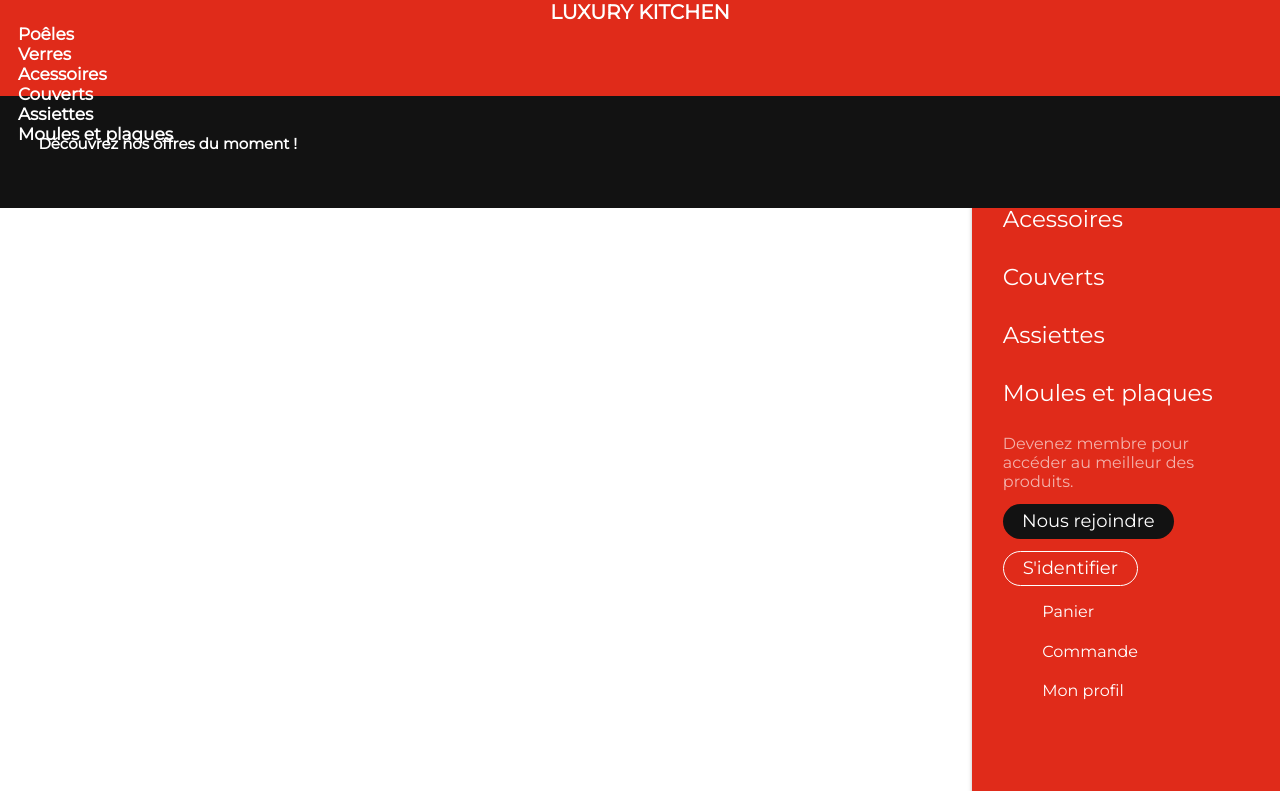
Repository: Juannpl/Luxury-Kicthen
Page: index.html
These files come from the project's save history. The page is drawn as it stood at one moment and after the next save; the edit follows.
The browser window is 1280 px wide. The pictures show the whole page.
Some icons come from a web library that is not loaded, so they are not drawn.

Above is the page before, as saved 2023-02-06 12:28:49.

### index.html
<!DOCTYPE html>
<html lang="fr">
<head>
    <meta charset="UTF-8">
    <meta http-equiv="X-UA-Compatible" content="IE=edge">
    <meta name="viewport" content="width=device-width, initial-scale=1.0">

    <script src="https://unpkg.com/boxicons@2.1.4/dist/boxicons.js"></script>

    <link rel="stylesheet" href="css/style.css">
    <title>Acceuil - LK</title>
</head>
<body>
    <header class="header">
        <nav class="nav_container row">
            <div class="logo">
                <p>LUXURY KITCHEN</p>
            </div>
            <div class="barre_categorie">
                <ul class="row">
                    <li><a href="#">Poêles</a></li>
                    <li><a href="#">Verres</a></li>
                    <li><a href="#">Acessoires</a></li>
                    <li><a href="#">Couverts</a></li>
                    <li><a href="#">Assiettes</a></li>
                    <li><a href="#">Moules et plaques</a></li>
                </ul>
            </div>
            <div class="nav_list">
                <ul class="row">
                    <li class="items_list">
                        <box-icon name='shopping-bag' color='#ffffff' size='1.7rem'></box-icon>
                    </li>
                    <li class="items_list">
                        <box-icon name='user-circle' type='solid' color='#ffffff' size='1.7rem'></box-icon>
                    </li>
                    <a id="openBtn">
                        <li class="items_list">
                            <box-icon name='menu' color='#ffffff' size=2.2rem></box-icon>
                        </li>
                    </a>
                </ul>
            </div>
        </nav>
        <div id="transparent"></div>
        <section id="barre_categorie_mobile">
            <div id="closeBtn">
                <box-icon name='x' color='#ffffff' size='3rem'></box-icon>
            </div>
            <div class="nav_contents row">
                <div>
                    <ul class="roo">
                        <li><a href="#">Poêles</a></li>
                        <li><a href="#">Verres</a></li>
                        <li><a href="#">Acessoires</a></li>
                        <li><a href="#">Couverts</a></li>
                        <li><a href="#">Assiettes</a></li>
                        <li><a href="#">Moules et plaques</a></li>
                    </ul>
                </div>
                <div>
                    <p class="opacityy">
                        Devenez membre pour accéder au meilleur des produits.
                    </p>
                </div>
                <div>
                    <button type="button" class="btn-black">Nous rejoindre</button>
                </div>
                <div>
                    <button type="button" class="btn-clear">S'identifier</button>
                </div>
                <div class="items">
                    <div class="roww">
                        <box-icon name='shopping-bag' color='#ffffff' size='1.7rem'></box-icon>
                        <p>Panier</p>
                    </div>
                    <div class="roww">
                        <box-icon type='solid' name='package' color='#ffffff' size='1.7rem'></box-icon>
                        <p>Commande</p>
                    </div>
                    <div class="roww">
                        <box-icon name='user-circle' type='solid' color='#ffffff' size='1.7rem'></box-icon>
                        <p>Mon profil</p>
                    </div>
                </div>
                <div class="reseaux roo">
                    <div class="sociaux">
                        <box-icon name='facebook-circle' type='logo' color='#ffffff' ></box-icon>
                    </div>
                    <div class="sociaux">
                        <box-icon name='twitter' type='logo' color='#ffffff' ></box-icon>
                    </div>
                    <div class="sociaux">
                        <box-icon name='instagram-alt' type='logo' color='#ffffff' ></box-icon>
                    </div>
                </div>
            </div>
        </section>
        <!-- FIN DDE LA BARRE DE NAVIGATION MOBILE-->
    </header>
    <main id="juan">
        <section class="body_container">
            <div class="firstpart">
                <div class="name_of_card">
                    <h1>Découvrez nos offres du moment !</h1>
                </div>
                <div class="swipe">
                </div>
                <div></div>
                <div></div>
            </div>
        </section>
    </main>
    <footer>

    </footer>
    <script src="script.js"></script>
</body>
</html>

### css/style.css
/*

    GENERAL

*/

@import url('https://fonts.googleapis.com/css2?family=Montserrat&family=Roboto&display=swap');

:root{
    --rougelinear: rgba(224, 43, 26, 1);
    --rougetext: #E02B1A;
    --blanc: #fff;
    --noirclair: #1E1E1E;
    --noir: #121212;
    --gris: #595959;
}

*/*,
*::after,
*::before*/{
    margin: 0;
    padding: 0;
    box-sizing: inherit;
    list-style: none;
    text-decoration: none;
    font-family: 'Montserrat', 'sans-serif';
}

html{
    width: 100%;
    overflow-x: hidden;
}

.controle img{
    width: 100%;
}

/*

    HEADER

*/

.header{
    background-color: var(--rougelinear);
    height: 6rem;
    display: grid;
    align-items: center;
    position: relative;
}

.logo{
    color: var(--blanc);
    font-size: 0.9em;
    font-weight: 600;
    text-align: center;
    padding-left: 5%;
}

.barre_categorie{
    display: none;
}

#closeBtn{
    position: absolute;
    top: 5%;
    right: 10%;
    cursor: pointer;
}

#barre_categorie_mobile{
    color: var(--blanc);
    width: 308px;
    position: absolute;
    z-index: -1;
    top: 0;
    right: 0;
    background-color: var(--rougelinear);
    transition: left 0.5s ease;
    display: flex;
    align-items: center;
    flex-direction: column;
    box-shadow: 0px 4px 4px 0px rgba(0, 0, 0, 0.25);
}

/* Active class */
#barre_categorie_mobile.active{
    z-index: 3;
}

#transparent.active{
    z-index: 2;
}

#transparent{
    position: fixed;
    top: 0;
    right: 0;
    width: 100%;
    height: 100vh;
    z-index: -3;
    background: rgba(255, 255, 255, 0.28);
    backdrop-filter: blur(3.8px);
    -webkit-backdrop-filter: blur(3.8px);
}

.reseaux{
    justify-content: center;
}

.sociaux{
    padding: 2% ;
}

#barre_categorie_mobile ul{
    flex-direction: column;
}

#barre_categorie_mobile ul a{
    color: var(--blanc);
    font-weight: 550;
    font-size: 23px;
}

#barre_categorie_mobile ul li{
    margin: 15px 0px;
}

.nav_container{
    justify-content: space-between;
    /* text-align: center; */
    align-items: center;
}

.roo{
    display: flex;
}

.items_list{
    padding: 0 0.5rem;
    height: auto;
    display: grid;
    align-items: center;
    cursor: pointer;
}

.nav_list{
    padding-right: 3%;
}

.nav_contents{
    width: 80%;
    flex-direction: column;
    margin-top: 20%;
}

.nav_contents div{
    margin: 5% 0;
}

.btn-black{
    width: 171px;
    height: 35px;
    background-color: var(--noir);
    color: var(--blanc);
    border: 0px;
    border-radius: 20px;
    font-family: Montserrat;
    font-size: 18px;
}

.btn-clear{
    border: 1.7px solid var(--blanc);
    color: var(--blanc);
    background-color: transparent;
    width: 133px;
    height: 33px;
    border-radius: 20px;
    font-family: Montserrat;
    font-size: 18px;
}

.roww{
    display: flex;
    align-items: center;
    margin: 5% 0;
}

.opacityy{
    opacity: 63%;
}

.items p{
    margin-left: 5%;
}

/*

    MAIN

*/

.btn-red{
    height: 23px;
    width: 135px;
    border-radius: 3px;
    border: none;
    background-color: var(--rougelinear);
    color: var(--blanc);

}

.swipe {
    display: flex;
}

#juan{
    background-color: var(--noir);
    padding: 3% 3%;
}

.controle{
    height: 190px;
    width: 100%;

}

.description h2{
    font-family: Montserrat;
    font-size: 15px;
    font-weight: 600;
    color: var(--blanc);
}

.name_of_card {
    color: var(--blanc);
    font-family: Montserrat;
    font-size: 10px;
    font-weight: 700;
    text-align: left;
    padding-bottom: 1rem;

}

.card{
    text-align: center;
    background-color: var(--gris);
}

/* desktop = 1224px, tablette = 768px */

@media only screen and (min-width: 768px){
    .logo{
        font-size: 20px;
    }
}

@media only screen and (min-width: 1224px){
    .barre_categorie_mobile{
        display: none;
    }

    .barre_categorie{
        display: revert;
        width: 70%;
    }

    .barre_categorie li{
        padding: 0% 2%;
    }

    .barre_categorie a{
        color: var(--blanc);
        font-weight: 600;
        font-size: 17px;
    }

    .nav_list {
        padding-right: 0;
    }

    .logo {
        padding-left: 0;
    }

    .roo {
        justify-content: center;
    }

    #openBtn{
        display: none;
    }
}


/* ---------- Footer ---------- */

footer{
    width: 100%;
    align-items: center;
    font-family: 'Montserrat', sans-serif;
}

.container-footer{
    height: 400px;
    display: flex;
    flex-direction: column;
    padding-top: 20px;
    background-color: #121212;
    color: white;
    font-size: 1.2rem;
}

.contact-infos{
    display: none;
}

.contact-infos p{
    font-size: 16px;
    color: rgb(255, 255, 255, .5);
}

.container-footer h3{
    text-align: center;
    margin: 25px 0 25px 0;
    font-size: 18px;
}

.download{
    text-align: center;
}

.picto{
    width: 30%;
}

.logos-paiement{
    width: 60%;
    height: 50px;
    display: flex;
    justify-content:space-between;
    align-items: center;
    margin: auto;
}

#visa{
    width: 70px;
    height: 95px;
}

#mastercard{
    width: 70px;
    height: 30px;
}

#paypal{
    width: 35px;
    height: 35px;
}

.social-media{
    text-align: center;
    margin-top: 5px;
}


/* ---------- Page d'inscription ---------- */

.create-account-container{
    width: 100%;
    height: 90%;
    background-color:var(--noirclair);
    text-align: center;
    color: var(--blanc);
    display: grid;
    gap: 5px;
    padding-top: 8%;
    font-family: 'Montserrat', sans-serif;
}

.create-account-container h1{
    font-size: 18px;
}

.create-account-container h3{
    font-size: 12px;
}

#identification-span{
    color: var(--rougetext);
}

.create-account-form{
    padding: 2%;
}

.create-account-form input{
    width: 80%;
    height: 60px;
    margin: 3%;
    padding-left: 3%;
    border-radius: 3px;
    background-color: var(--noirclair);
    border: var(--gris) 1px solid;
    font-size: 15px;
}

.conditions{
    display: flex;
}

.conditions p{
    padding-top: 3%;
    font-size: 13px;
    text-align: left;
}

#conditions{
    width: 16px;
    height: 16px;
}

.create-account-form button{
    width: 120px;
    height: 35px;
    margin: 4% 0 4% 0;
    background-color: var(--rougetext);
    color: var(--blanc);
    border-radius: 5px;
    font-family: 'Montserrat', sans-serif;
    font-size: 15px;
    font-weight: 600;
    border: none;
}


/* ---------- Page d'identification ---------- */

.container-identification{
    background-color: var(--noirclair);
    color: var(--blanc);
    text-align: center;
    font-family: 'Montserrat', sans-serif;
    display: grid;
    gap: 20px;
    padding: 120px 0 70px;
}

.container-identification h1{
    font-size: 18px;
}

.container-identification input{
    width: 300px;
    height: 60px;
    background-color: var(--noirclair);
    border: var(--gris) 1px solid;
    border-radius: 3px;
    padding-left: 2%;
}

.container-identification h3{
    font-size: 12px;
    padding: 10px;
}

.social-identification button{
    width: 266px;
    height: 35px;
    border-radius: 20px;
    color: var(--blanc);
    font-size: 11px;
    font-weight: 600;
    display: flex;
    align-items: center;
    justify-content: center;
}

#fb-button{
    background-color: #039be5;
    border: none;
}

#apple-button{
    background-color: var(--noir);
    border: none;
}

#google-button{
    background-color: var(--noirclair);
    border: var(--blanc) 1px solid;
}

.social-identification img{
    width: 24px;
    height: 24px;
}

.social-identification{
    text-align: center;
    display: grid;
    justify-content: center;
    gap: 20px;
}

.form-identification input{
    margin-bottom: 7%;
}

.form-identification button{
    width: 140px;
    height: 40px;
    background-color: var(--rougetext);
    color: var(--blanc);
    font-size: 15px;
    font-weight: 600;
    border-radius: 5px;
    border: none;
    margin-bottom: 7%;
}



/* -------------------- Tablet -------------------- */


@media only screen and (min-device-width : 768px){

    /* ---------- Footer ---------- */

    .container-footer{
        height: 430px;
    }

    .container-footer-tablet{
        display: flex;
        justify-content: space-around;
    }

    .contact-infos{
        width: 40%;
        display: flex;
        flex-direction: column;
        text-align:left;
    }

    .download{
        width: 40%;
    }

    .picto{
        width: 45%
    }

    .logos-paiement{
        width: 40%;
    }

    /* ---------- Page d'inscription ---------- */

    .create-account-container h1{
        font-size: 24px;
    }

    .create-account-container h3{
        font-size: 17px;
        padding-top: 1.5%;
    }

    .create-account-form input{
        width: 450px;
        height: 70px;
        font-size: 18px;
        padding-left: 2%;
        margin: 2% 0 .5% 0;
    }

    .conditions{
        width: 63%;
        margin-left: 20%;
    }



    /* ---------- Page d'identification ---------- */

    .container-identification{
        padding: 70px 0 10px 0;
    }

    .container-identification h1{
        font-size: 24px;
    }

    .social-identification button{
        width: 492px;
        height: 63px;
        border-radius: 5px;
        font-size: 15px;
    }

    .container-identification h3{
        font-size: 18px;
    }

    .form-identification input{
        width: 520px;
        height: 75px;
        font-size: 20px;
        margin-bottom: 3%;
    }

    .form-identification button{
        width: 246px;
        height: 60px;
        margin-top: 1%;
        font-size: 24px;
        font-weight: 500;
    }
}





/* -------------------- Desktop -------------------- */


@media only screen and (min-device-width : 1224px){

/* ---------- Footer ---------- */

    .logos-paiement{
        width: 20%;
    }

    .paiement h3{
        padding-top: 1%
    }


    /* ---------- Page d'inscription ---------- */

    .create-account-container h1{
        font-size: 24px;
    }

    .create-account-container h3{
        font-size: 18px;
        padding-top: 1.5%;
    }

    .create-account-form input{
        width: 40%;
        height: 80px;
        font-size: 20px;
        padding-left: 2%;
        margin: 2% 0 .5% 0;
    }

    .conditions{
        width: 43%;
        margin-left: 29%;
    }

    .conditions p{
        padding-top: 3%;
        font-size: 16px;
        text-align: center;
    }

    .create-account-form button{
        width: 220px;
        height: 50px;
        font-size: 20px;
    }

    #conditions{
        width: 25px;
        height: 30px;
    }




    /* ---------- Page d'identification ---------- */


}

### script.js
var navMobile = document.getElementById("barre_categorie_mobile");
var transparent = document.getElementById("transparent");
var openBtn = document.getElementById("openBtn");
var closeBtn = document.getElementById("closeBtn");

openBtn.onclick = openNav;
closeBtn.onclick = closeNav;

/* Set the width of the side navigation to 250px */
function openNav() {
  navMobile.classList.add("active");
  transparent.classList.add("active");
}

/* Set the width of the side navigation to 0 */
function closeNav() {
  navMobile.classList.remove("active");
  transparent.classList.remove("active");
}

After the next save:
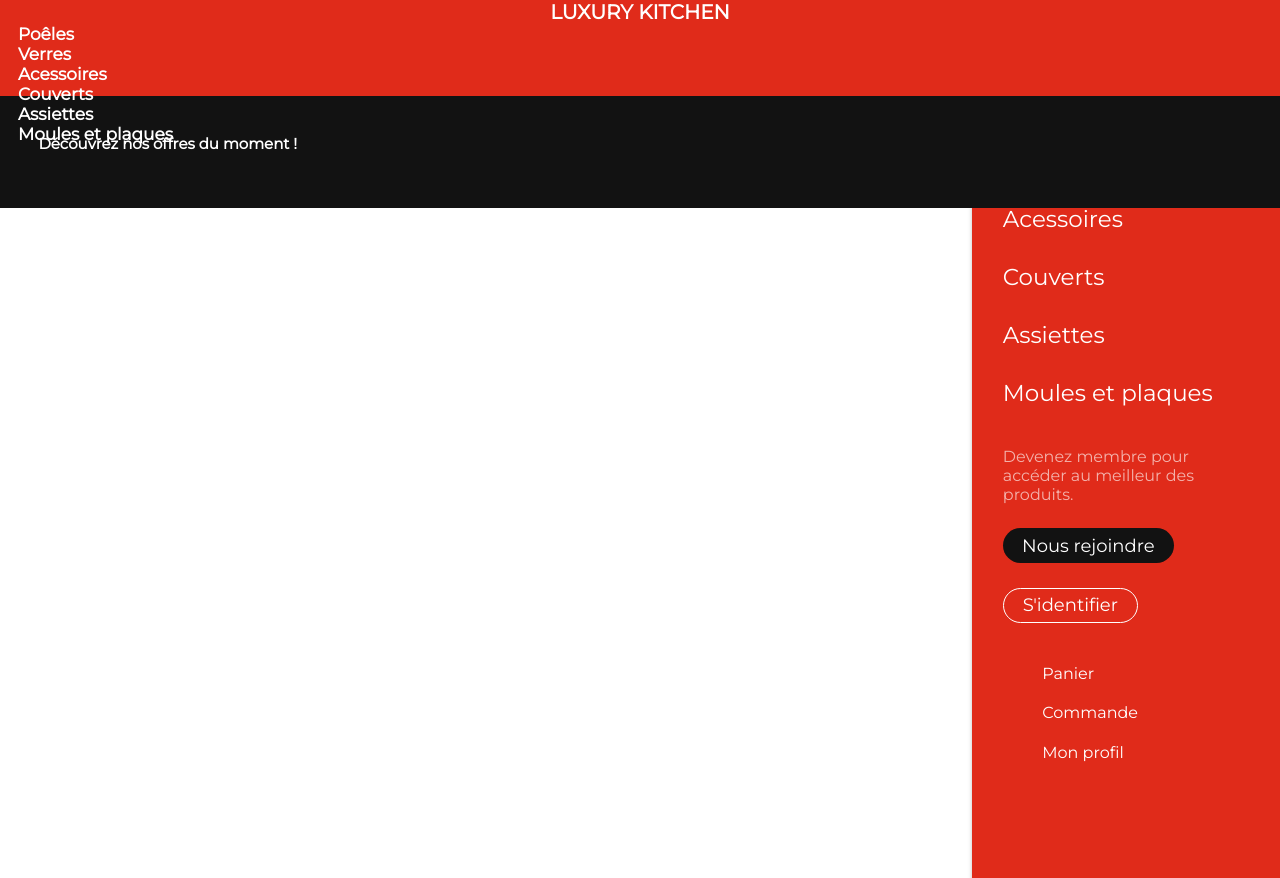
Saved 4 s later.
--- a/index.html
+++ b/index.html
@@ -47,7 +47,7 @@
             <div id="closeBtn">
                 <box-icon name='x' color='#ffffff' size='3rem'></box-icon>
             </div>
-            <div class="nav_contents row">
+            <div class="nav_contents roo">
                 <div>
                     <ul class="roo">
                         <li><a href="#">Poêles</a></li>
